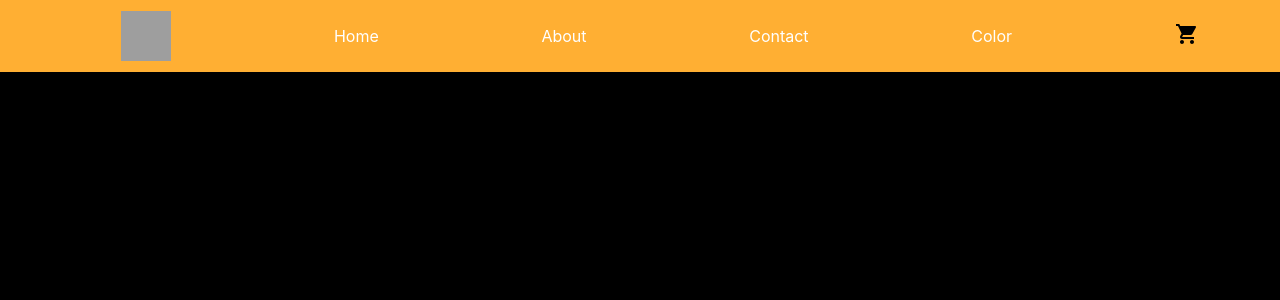
Repository: Toydrum/React-Hector-Coronado-EntregaFinal
Page: /
These files come from the project's save history. The page is drawn as it stood at one moment and after the next save; the edit follows.
The browser window is 1280 px wide. The pictures show the whole page.
Pictures or frames that could not be fetched are drawn as grey boxes. The page's requests for data from a server got no answer. The project was rebuilt for these pictures with package versions that can differ from the ones it lists, and the page was loaded fresh each time. No one was signed in, and anything a server would have sent is missing. Also part of the build but not shown: vite.config.js, src/components/CardUser/CardUser.jsx, src/pages/ContactPage/ContactPage.jsx, src/pages/AboutPage/AboutPage.jsx, src/pages/DetailPage/DetailPage.jsx.

Above is the page before, as saved 2023-07-15 16:09:06.

### src/App.jsx
import React from "react";
import "./App.css";
import { BrowserRouter as Router, Routes, Route } from "react-router-dom";
//Components
import NavBar from "./components/Navbar/Navbar";
import CartWidged from "./components/CartWidget/CartWidget";
import MenuColor from "./components/MenuColor/MenuColor";
//import CardUser from "./components/CardUser/CardUser";

//Pages
import HomePage from "./pages/HomePage/HomePage";
import ContactPage from "./pages/ContactPage/ContactPage";
import AboutPage from "./pages/AboutPage/AboutPage";
import DetailPage from "./pages/DetailPage/DetailPage";

const App = () => {
  return (
    <Router>
      <div className="App">
        <NavBar />
        <Routes>
          <Route path="/" element={<HomePage />}></Route>
          <Route path="/About" element={<AboutPage />}></Route>
          <Route path="/Contact" element={<ContactPage />}></Route>
          <Route path="/detail/:id" element={<DetailPage />}></Route>
          <Route path="/cart" element={<CartWidged />}></Route>
        </Routes>
        <div className="Cards-Container"></div>
      </div>
    </Router>
  );
};

export default App;

### src/App.css
body{
  background-color: black;
}

.App {
  display: flex;
  flex-direction: column;
  justify-content: center;
}

.Cards-Container{
  display: flex;
  width: 100%;
  justify-content: center;
}

### src/components/Navbar/Navbar.jsx
import React from "react";
import "./Navbar.css";
import logo from "./cat-logo.svg";
import { Link } from "react-router-dom";
import CartWidget from "../CartWidget/CartWidget";
import MenuColor from "../MenuColor/MenuColor";

const NavBar = () => {
  return (
    <nav className="nav-container">
      <ul className="nav-ul">
        <img src={logo} alt="gatito" style={{ height: 50, width: 50 }} />
        <li className="li">
          <Link to="/" className="li">
            Home
          </Link>
        </li>
        <li className="li">
          <Link to="/about" className="li">
            About
          </Link>
        </li>
        <li className="li">
          <Link to="/contact" className="li">
            Contact
          </Link>
        </li>
        <li className="li">Color</li>
        <li className="li">
          <Link to="/cart" className="li"></Link>
          <CartWidget />
        </li>
      </ul>
    </nav>
  );
};

export default NavBar;

### src/components/CartWidget/CartWidget.jsx
import React from "react";
import ShoppingCartIcon from "@mui/icons-material/ShoppingCart";
const CartWidget = () => {
  return (
    <div>
      <a href="https://www.google.com.mx/?hl=es" style={{ color: "black" }}>
        <ShoppingCartIcon />
      </a>
    </div>
  );
};

export default CartWidget;

### src/pages/HomePage/HomePage.jsx
import React from "react";
import CardList from "../../components/CardList/CardList";

const HomePage = () => {
  return (
    <div>
      <h1 style={{ display: "flex", justifyContent: "center" }}>HomePage</h1>
      <CardList />
    </div>
  );
};

export default HomePage;

### src/components/Navbar/Navbar.css
.nav-container {
  background-color: #FFAF33;
  height: 10vh;
  display: flex;
  width: 100%;
  justify-content: space-around;
  align-items: center;
}

.nav-ul {
  display: flex;
  width: 100%;
  justify-content: space-around;
  align-items: center;
}

.li {
  color: white;
  list-style-type: none;
  text-decoration: none;
}

### src/components/CardList/CardList.jsx
import React, { useState, useEffect } from "react";
import CardUser from "../CardUser/CardUser";
import "./CardList.css";
//import { Link } from "react-router-dom";
import { db } from "../../firebase/firebaseConfig";
import { collection, query, getDocs } from "firebase/firestore";

const CardList = () => {
  const [gato, setGato] = useState([]);
  useEffect(() => {
    const getGatito = async () => {
      const q = query(collection(db, "gatitos"));
      const docs = [];
      const querySnapshot = await getDocs(q);
      querySnapshot.forEach((doc) => {
        docs.push({ ...doc.data(), id: doc.id });
      });

      setGato(docs);
    };
    getGatito();
  }, []);
  console.log(gato);

  return (
    <div className="Cards-List">
      {gato.map((gato) => {
        return (
          <div key={gato.id}>
            <CardUser data={gato} />
          </div>
        );
      })}
    </div>
  );
};

export default CardList;

### src/components/CardList/CardList.css
.Cards-List{
  display: grid;
  justify-content: space-around;
  align-content: space-around;
  align-items: center;
  grid-template-columns: 1fr 1fr 1fr 1fr;
}

### src/firebase/firebaseConfig.js
// Import the functions you need from the SDKs you need
import { initializeApp } from "firebase/app";
//import { getAnalytics } from "firebase/analytics";
// TODO: Add SDKs for Firebase products that you want to use
// https://firebase.google.com/docs/web/setup#available-libraries
import { getFirestore } from "firebase/firestore";
// Your web app's Firebase configuration
// For Firebase JS SDK v7.20.0 and later, measurementId is optional
const firebaseConfig = {
  apiKey: "AIzaSyCLSk1f1K6dPfkavJgb9mdon9PDEPSR80U",
  authDomain: "gatitos-7f5b2.firebaseapp.com",
  projectId: "gatitos-7f5b2",
  storageBucket: "gatitos-7f5b2.appspot.com",
  messagingSenderId: "577315722745",
  appId: "1:577315722745:web:28034b8baa1dc0c2115928",
  measurementId: "G-DZQ36RVP49",
};

// Initialize Firebase
const app = initializeApp(firebaseConfig);
//const analytics = getAnalytics(app);
export const db = getFirestore(app);

### src/components/MenuColor/MenuColor.jsx
import * as React from "react";
import Button from "@mui/material/Button";
import Menu from "@mui/material/Menu";
import MenuItem from "@mui/material/MenuItem";

const MenuColor = () => {
  const [anchorEl, setAnchorEl] = React.useState(null);
  const open = Boolean(anchorEl);
  const handleClick = (event) => {
    setAnchorEl(event.currentTarget);
  };
  const handleClose = () => {
    setAnchorEl(null);
  };

  return (
    <div>
      <Button
        id="demo-positioned-button"
        aria-controls={open ? "demo-positioned-menu" : undefined}
        aria-haspopup="true"
        aria-expanded={open ? "true" : undefined}
        onClick={handleClick}
      ></Button>
      <Menu
        id="demo-positioned-menu"
        aria-labelledby="demo-positioned-button"
        anchorEl={anchorEl}
        open={open}
        onClose={handleClose}
        anchorOrigin={{
          vertical: "top",
          horizontal: "left",
        }}
        transformOrigin={{
          vertical: "top",
          horizontal: "left",
        }}
      >
        <MenuItem onClick={handleClose}>Profile</MenuItem>
        <MenuItem onClick={handleClose}>My account</MenuItem>
        <MenuItem onClick={handleClose}>Logout</MenuItem>
      </Menu>
    </div>
  );
};

export default MenuColor;

Loaded but not shown: index.html (common file); src/main.jsx (common file); src/index.css (common file)

After the next save:
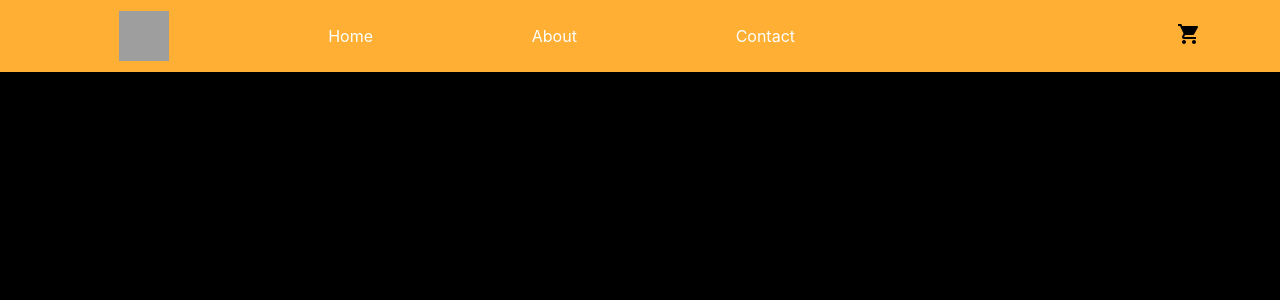
Saved 31 s later.
--- a/src/components/Navbar/Navbar.jsx
+++ b/src/components/Navbar/Navbar.jsx
@@ -25,7 +25,9 @@ const NavBar = () => {
             Contact
           </Link>
         </li>
-        <li className="li">Color</li>
+        <li className="li">
+          <MenuColor />
+        </li>
         <li className="li">
           <Link to="/cart" className="li"></Link>
           <CartWidget />
